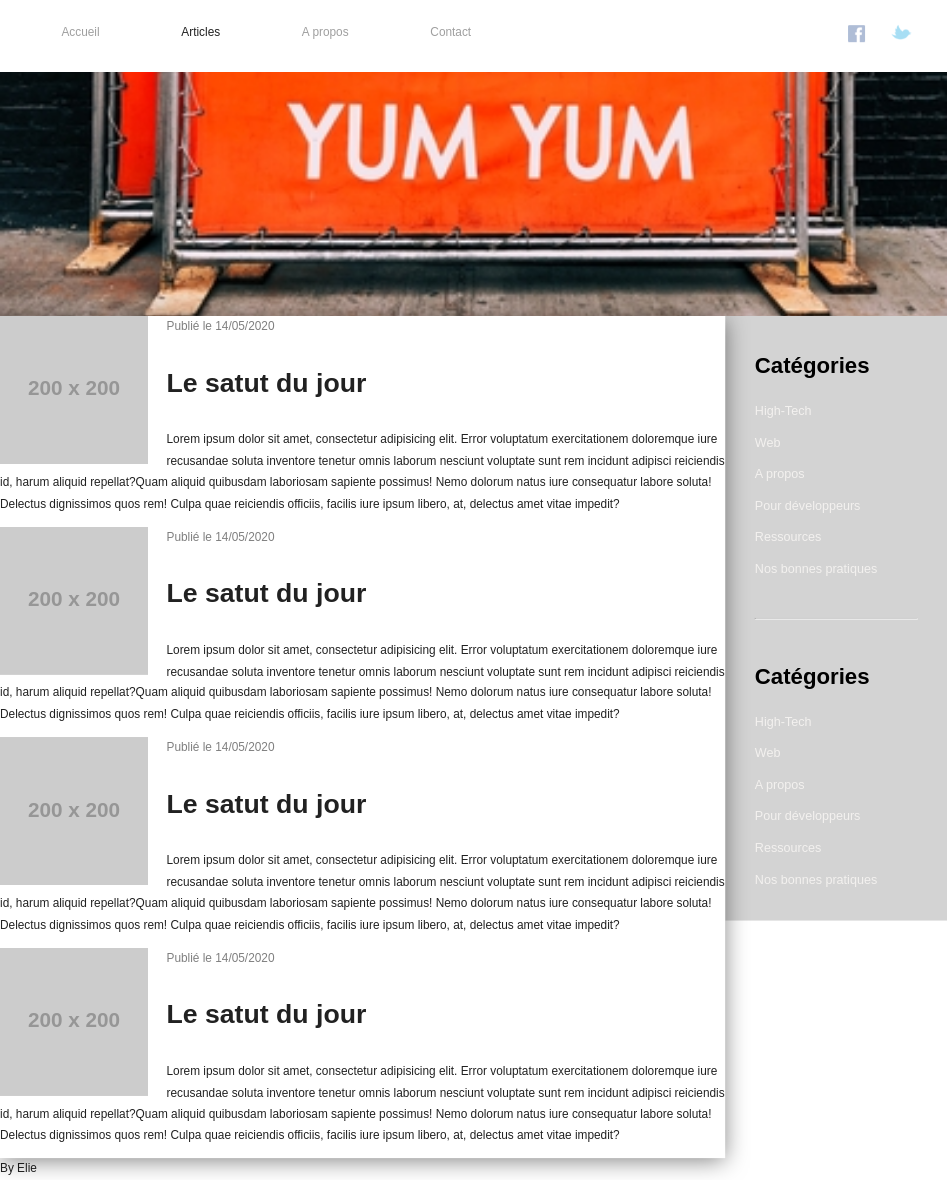
Repository: Elie-Dey/blog-train
Page: index.html
An editor plug-in stored every save of this project. The page is shown before and after the next save, followed by the edit.
The browser window is 1280 px wide. The pictures show the whole page, at 74% of full size.

Above is the page before, as saved 2020-06-17 03:00:51.

After the next save:
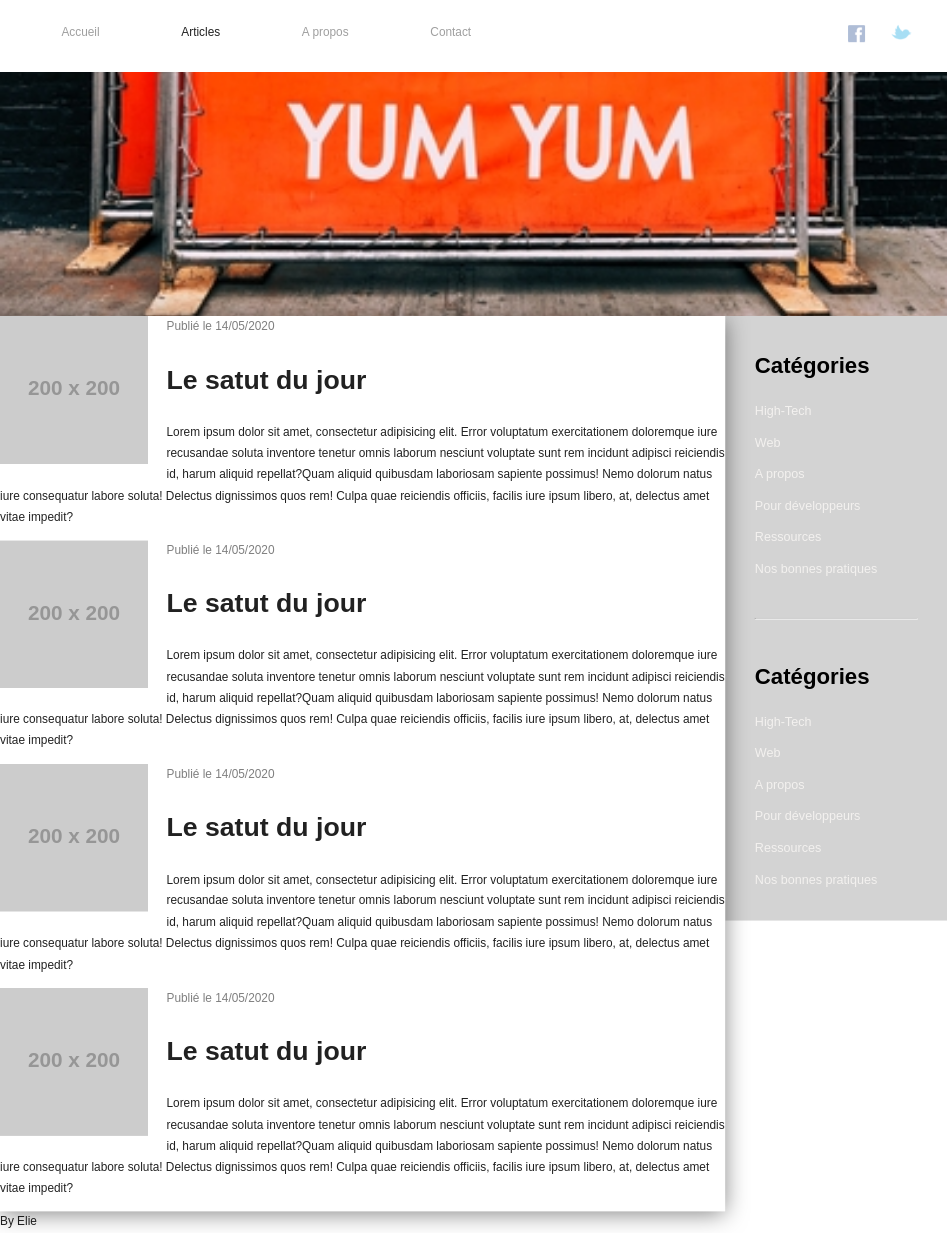
Saved 51 s later.
--- a/style.css
+++ b/style.css
@@ -147,7 +147,8 @@ body, html
 }
 .article-title
  {
-     font-size: 2.25rem;
+    font-size: 2.25rem;
+    line-height: 1.5;
  }
 .article-date
 {
